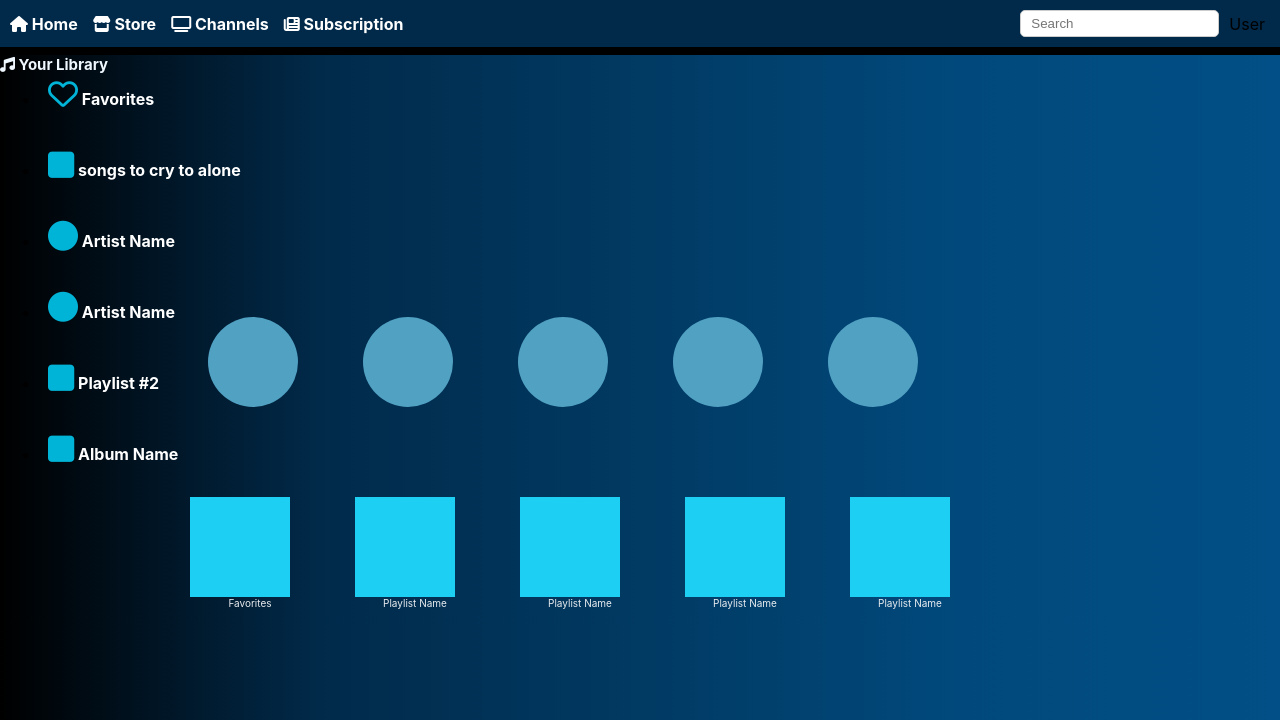
Repository: gordonnrat/group-2-project
Page: / (app in source-code/)
An editor plug-in stored every save of this project. The page is shown before and after the next save, followed by the edit.
The browser window is 1280 px wide. The pictures show the whole page.
The project was rebuilt for these pictures with package versions that can differ from the ones it lists, and the page was loaded fresh each time. Also part of the build but not shown: source-code/src/App.css, source-code/src/App.js, source-code/src/components/pages/Login.js.

Above is the page before, as saved 2023-08-01 16:20:16.

### source-code/src/index.js
import React from 'react';
import ReactDOM from 'react-dom';
import './index.css';
import reportWebVitals from './reportWebVitals';
import {
  BrowserRouter as Router,
  Routes,
  Route,
  Link
} from "react-router-dom";

import App from './App';
import Home from './components/pages/Home';
import Login from './components/pages/Login';

ReactDOM.render(
  <React.StrictMode>
    <Router>
      <Routes>
        <Route path="/" element={<Home />} />
        <Route path="/login" element={<Login />} />
        {/* Add more routes here */}
        <Route path="/group-2-project" element={<Link to="/" />} />
      </Routes>
    </Router>
  </React.StrictMode>,
  document.getElementById('root')
);

// If you want to start measuring performance in your app, pass a function
// to log results (for example: reportWebVitals(console.log))
// or send to an analytics endpoint. Learn more: https://bit.ly/CRA-vitals
reportWebVitals();

### source-code/src/index.css
body {
  margin: 0;
  font-family: -apple-system, BlinkMacSystemFont, 'Segoe UI', 'Roboto', 'Oxygen',
    'Ubuntu', 'Cantarell', 'Fira Sans', 'Droid Sans', 'Helvetica Neue',
    sans-serif;
  -webkit-font-smoothing: antialiased;
  -moz-osx-font-smoothing: grayscale;
}

code {
  font-family: source-code-pro, Menlo, Monaco, Consolas, 'Courier New',
    monospace;
}

body {
  background: linear-gradient(0.25turn,black,#012A4A, #013A63, #01497C,#014F86);


}

### source-code/src/components/pages/Home.js
// Home.js

import React from "react";
import { Link } from "react-router-dom";
import Navbar from "../Navbar";
import "./js.css";

function Home() {
  return (
    <div>
      <Navbar />
      <h1 className="top-heading">
        <i className="fas fa-music"></i> Your Library
      </h1>
      <div className="main-container">
        <div className="squares-container">
          {/* Square 1 */}
          <Link to="/favorites">
            <div className="square-container">
              <div className="text">Favorites</div>
              <div className="square square-red"></div>
            </div>
          </Link>

          {/* Square 2 */}
          <Link to="/Playlist">
            <div className="square-container">
              <div className="text">Playlist Name</div>
              <div className="square square-blue"></div>
            </div>
          </Link>

          {/* Square 3 */}
          <Link to="/Playlist">
            <div className="square-container">
              <div className="text">Playlist Name</div>
              <div className="square square-green"></div>
            </div>
          </Link>

          {/* Square 4 */}
          <Link to="/Playlist">
            <div className="square-container">
              <div className="text">Playlist Name</div>
              <div className="square square-orange"></div>
            </div>
          </Link>

          {/* Square 5 */}
          <Link to="/Playlist">
            <div className="square-container">
              <div className="text">Playlist Name</div>
              <div className="square square-purple"></div>
            </div>
          </Link>
        </div>

        <div className="circles-container">
          {/* Circle 1 */}
          <Link to="/Playlist">
            <div className="circle-container">
              <div className="circle"></div>
            </div>
          </Link>

          {/* Circle 2 */}
          <Link to="/Playlist">
            <div className="circle-container">
              <div className="circle"></div>
            </div>
          </Link>

          {/* Circle 3 */}
          <Link to="/Playlist">
            <div className="circle-container">
              <div className="circle"></div>
            </div>
          </Link>

          {/* Circle 4 */}
          <Link to="/Playlist">
            <div className="circle-container">
              <div className="circle"></div>
            </div>
          </Link>

          {/* Circle 5 */}
          <Link to="/Playlist">
            <div className="circle-container">
              <div className="circle"></div>
            </div>
          </Link>
















        </div>
      </div>
    </div>
  );
}

export default Home;

### source-code/src/components/Navbar.js
import React from "react";
import { Link } from "react-router-dom";
import "./Navbar.css";
import "@fortawesome/fontawesome-free/css/all.min.css";

function Navbar() {
  return (
    <div>
      {/* Main Navbar */}
      <nav className="navbar">
        <ul className="left-nav">
          <li>
            <Link to="/">
              <i className="fas fa-home"></i> Home
            </Link>
          </li>
          <li>
            <Link to="/Store">
              <i className="fas fa-store"></i> Store
            </Link>
          </li>
          <li>
            <Link to="/Channels">
              <i className="fas fa-tv"></i> Channels
            </Link>
          </li>
          <li>
            <Link to="/Subscription">
              <i className="fas fa-newspaper"></i> Subscription
            </Link>
          </li>
        </ul>
        <div className="right-nav">
          <input type="text" placeholder="Search" />
          <div className="user-section">
            {/* Your user-related elements can go here */}
            <span>User</span>
          </div>
        </div>
      </nav>

      {/* Sidebar */}
      <aside className="sidebar">
        {/* Your sidebar content can go here */}
        <ul>
          <li>
            <Link to="/Favorites">
              <i className="far fa-heart"></i> Favorites
            </Link>
          </li>
          <li>
            <Link to="/songs to cry to alone">
              <i className="fas fa-square"></i> songs to cry to alone

            </Link>
          </li>
          {/* Add more sidebar items as needed */}

          <li>
          <Link to="/Artist Name">
              <i className="fas fa-circle"></i> Artist Name
            </Link>
            </li>


            <li>
            <Link to="/Artist Name">
              <i className="fas fa-circle"></i> Artist Name
            </Link>
            </li>

            <li>
            <Link to="/Playlist">
              <i className="fas fa-square"></i> Playlist #2
            </Link>
            </li>
            <li>
            <Link to="/Album Name">
              <i className="fas fa-square"></i> Album Name
            </Link>
            </li>













        </ul>
      </aside>
    </div>
  );
}

export default Navbar;

### source-code/src/components/pages/js.css
/* js.css */

.main-container {
  display: flex;
  flex-direction: column;
  align-items: center;
  justify-content: center;
  margin-top: 20px;
}

.squares-container {
  display: flex;
  justify-content: space-between;
  max-width: 800px;
  margin: 0 auto;
}

.square-container {
  margin-right: 65px;
  position: relative; /* Add this line to create a positioning context */
}

.text {
  position: absolute;
  top: 100px;
  left: 10%;
  font-size: 10px;
  color: rgb(234, 237, 240);
  transform: translateX(-50%);
}

.square {
  width: 100px;
  height: 100px;
  background-color: rgb(29, 207, 242);
  top: -300px; /* Move the square to the top */
  left: 50%;
  transform: translateX(-50%);
}

.top-heading {
  position: absolute;
  top: 45px;
  left: 0;
  font-size: 15px;
  color: aliceblue;
}

/* Add styles for the circles */

.circles-container {
  display: flex;
  justify-content: center;
  align-items: flex-start;
  margin-top: 20px;
}

.circle-container {
  margin-right: 155px;
  position: relative;
}

.circle {
  width: 90px;
  height: 90px;
  border-radius: 50%;
  background-color: rgb(81, 161, 195); /* You can set the color for the circles */
  position: absolute;
  top: -300px; /* Adjust the vertical position of the circles below the squares */
  left: 100%; /* Horizontally center the circles */

  transform: translateX(-50%);
}

### source-code/src/components/Navbar.css

/* Navbar.css */

/* Navbar.css */

.navbar {
    background-color: #012A4A;
    padding: 10px;
    display: flex;
    justify-content: space-between;
    align-items: center;

    /* Add border line to the bottom of the navigation bar */
    border-bottom: 8px solid black; /* Replace #fff with your desired border color */
}



.left-nav {
    list-style-type: none;
    margin: 0;
    padding: 0;
    display: flex;
    align-items: center;
}

.left-nav li {
    margin-right: 15px;
}

.left-nav li:last-child {
    margin-right: 0;
}

.left-nav li a {
    text-decoration: none;
    color:white;

    font-size: 16px;
    font-weight: bold;
}

.left-nav li a:hover {
    color: white;
}

.right-nav {
    display: flex;
    align-items: center;
}

.right-nav input[type="text"] {
    padding: 5px 10px;
    border: 1px solid #ccc;
    border-radius: 5px;
    margin-right: 10px;
}

.user-section {
    display: flex;
    align-items: center;
}

.user-section span {
    margin-right: 5px;
}

.user-section img {
    width: 30px;
    height: 30px;
    border-radius: 50%;
}




  .sidebar li a {
    display: block;
    padding: 8px;
    color: white;
    text-decoration: none;
    position: relative;
  }

  .sidebar li {
    margin-bottom: 25px; /* Add space between each sidebar item */
  }

  .sidebar li a i {
    font-size: 30px;
    color: #00B4D8;
    position: relative;
    z-index: 2; /* Set z-index to place the icons in front of the border line */
  }


  .sidebar li a {
    text-decoration: none;
    color: white;
    font-size: 16px;
    font-weight: bold;
}

Loaded but not shown: source-code/public/index.html (common file); source-code/src/reportWebVitals.js (common file)

After the next save:
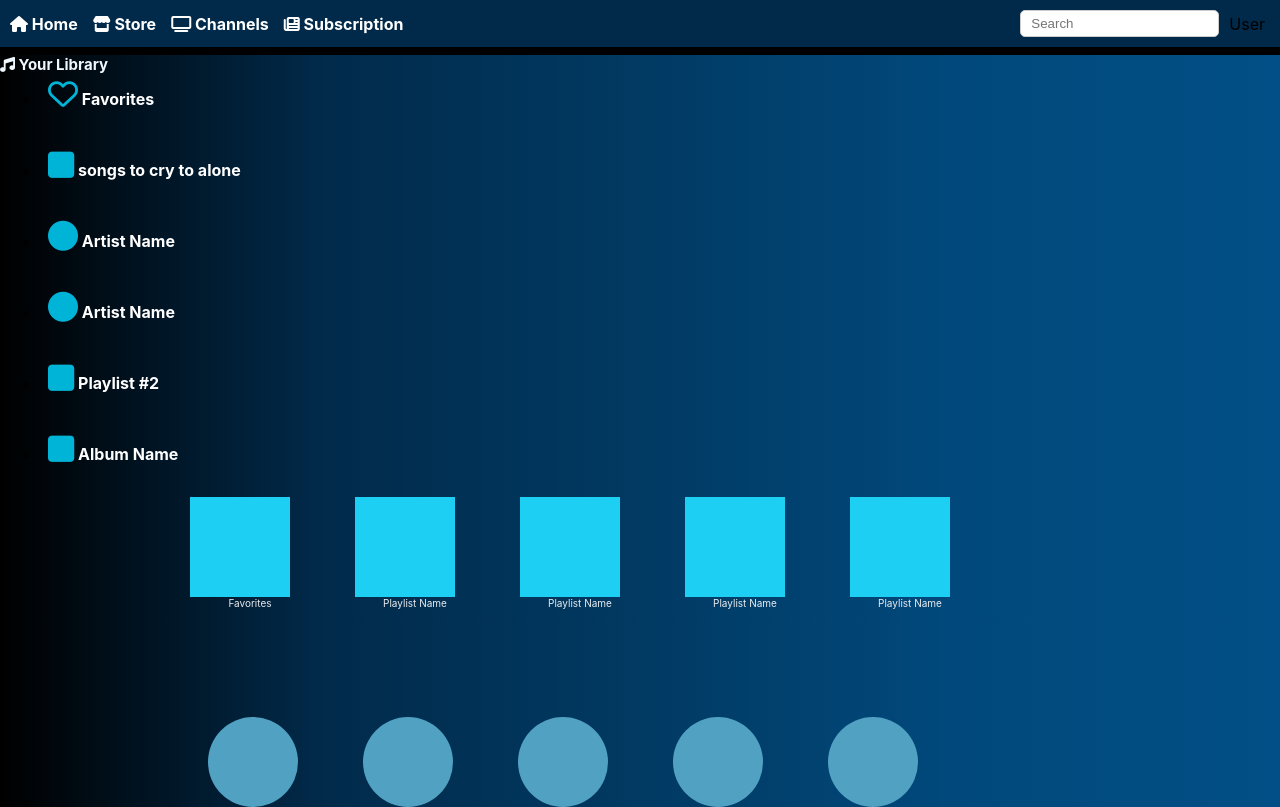
Saved 2 min 10 s later.
--- a/source-code/src/components/pages/js.css
+++ b/source-code/src/components/pages/js.css
@@ -66,7 +66,7 @@
   border-radius: 50%;
   background-color: rgb(81, 161, 195); /* You can set the color for the circles */
   position: absolute;
-  top: -300px; /* Adjust the vertical position of the circles below the squares */
+  top: 100px; /* Adjust the vertical position of the circles below the squares */
   left: 100%; /* Horizontally center the circles */
 
   transform: translateX(-50%);

After the save that followed:
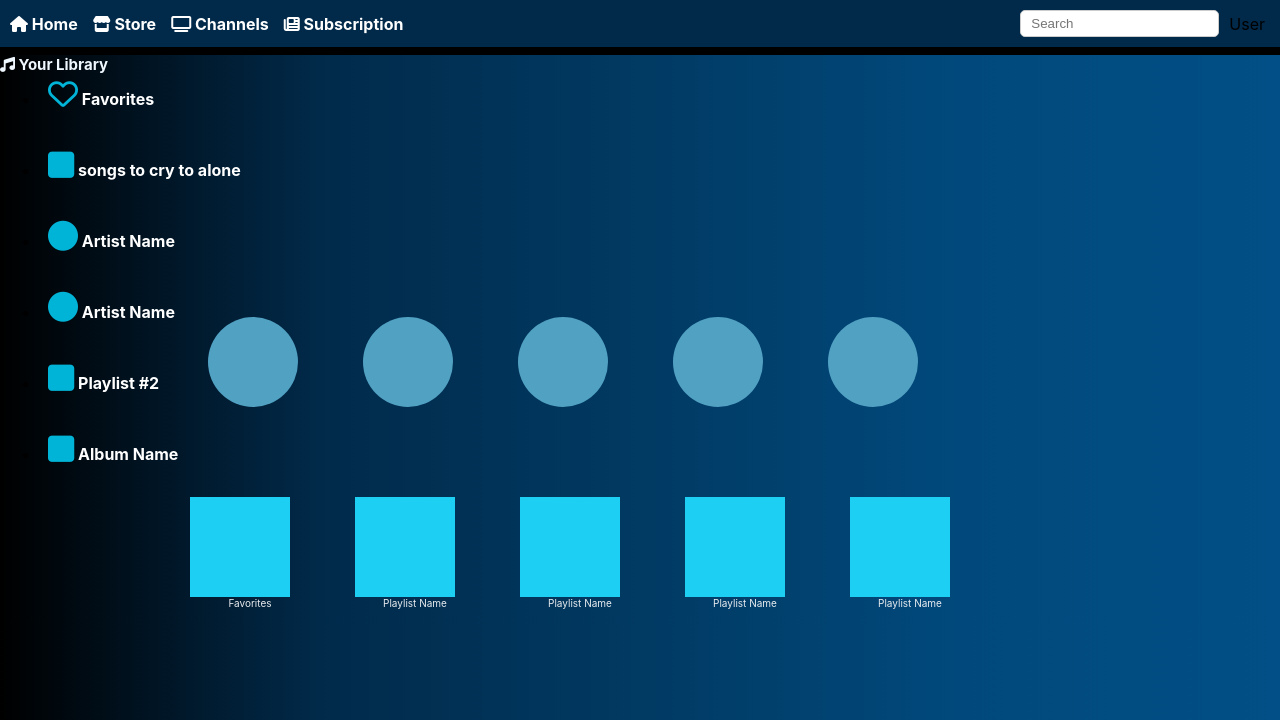
Saved 11 s later.
--- a/source-code/src/components/pages/js.css
+++ b/source-code/src/components/pages/js.css
@@ -66,7 +66,7 @@
   border-radius: 50%;
   background-color: rgb(81, 161, 195); /* You can set the color for the circles */
   position: absolute;
-  top: 100px; /* Adjust the vertical position of the circles below the squares */
+  top: -300px; /* Adjust the vertical position of the circles below the squares */
   left: 100%; /* Horizontally center the circles */
 
   transform: translateX(-50%);
